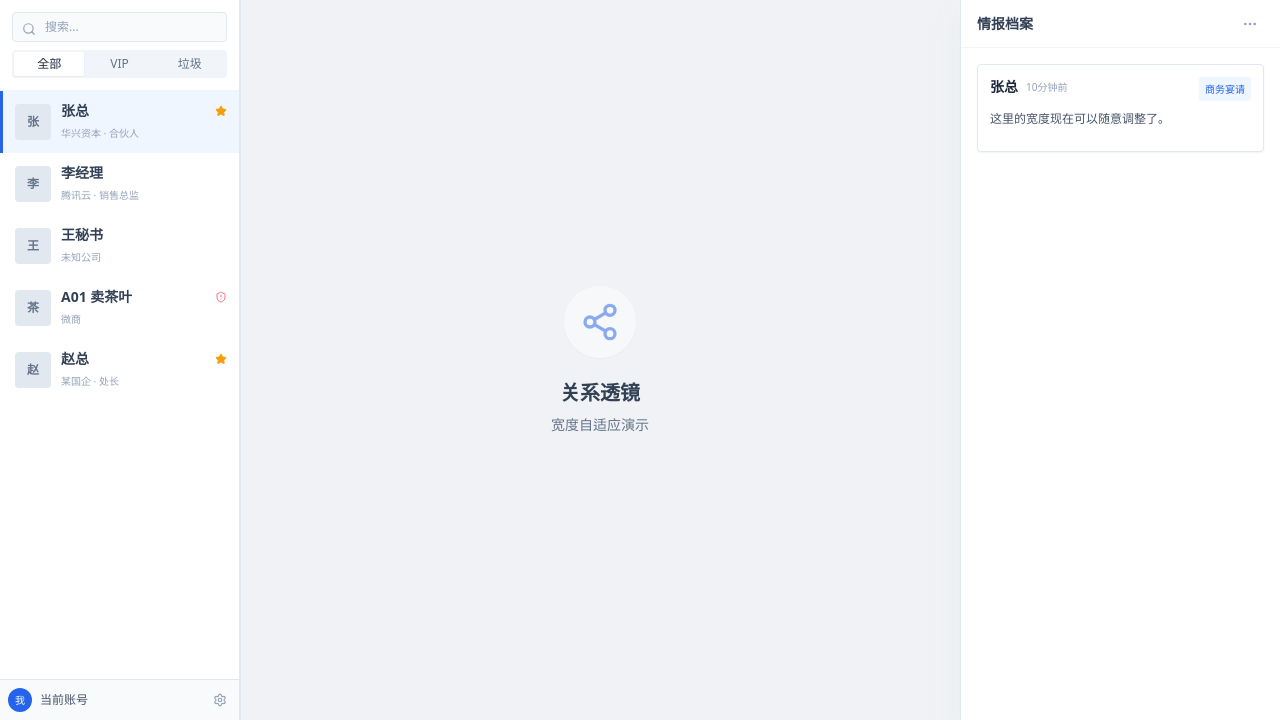
Repository: j76m8bhfny-a11y/wechatGalaxy
Page: / (app in client-radar/)
An editor plug-in stored every save of this project. The page is shown before and after the next save, followed by the edit.
The browser window is 1280 px wide. The pictures show the whole page.
The project was rebuilt for these pictures with package versions that can differ from the ones it lists, and the page was loaded fresh each time. Also part of the build but not shown: client-radar/vite.config.ts.

Above is the page before, as saved 2025-12-18 18:30:58.

### client-radar/src/main.ts
import { createApp } from "vue";
import { createPinia } from "pinia";
import App from "./App.vue";

// 👇 关键：必须引入这个 CSS 文件！
// 如果你的 CSS 文件在 src/assets/main.css，就写 import "./assets/main.css";
import "./style.css";

const app = createApp(App);
app.use(createPinia()); // 👈 挂载
app.mount("#app");

### client-radar/src/App.vue
<script setup lang="ts">
import { ref, onUnmounted } from 'vue';
import Sidebar from "./components/Sidebar.vue";
import { MoreHorizontal, Share2 } from "lucide-vue-next";

// === 1. 状态管理：左右两栏的宽度 ===
const leftWidth = ref(240); // 左侧默认宽度
const rightWidth = ref(320); // 右侧默认宽度

// 定义最小和最大宽度，防止拖崩坏
const MIN_LEFT = 200;
const MAX_LEFT = 400;
const MIN_RIGHT = 280;
const MAX_RIGHT = 500;

// === 2. 核心拖拽逻辑 ===
const isDragging = ref(false); // 是否正在拖拽中（用于控制全局光标）

// 通用的拖拽处理函数
const startResize = (direction: 'left' | 'right', startEvent: MouseEvent) => {
  // 阻止默认文本选中行为
  startEvent.preventDefault();
  isDragging.value = true;

  // 记录初始位置和初始宽度
  const startX = startEvent.clientX;
  const startWidth = direction === 'left' ? leftWidth.value : rightWidth.value;

  // 鼠标移动事件
  const onMouseMove = (moveEvent: MouseEvent) => {
    const deltaX = moveEvent.clientX - startX;

    if (direction === 'left') {
      // 左侧逻辑：往右拖增加宽度
      const newWidth = startWidth + deltaX;
      // 限制范围
      if (newWidth >= MIN_LEFT && newWidth <= MAX_LEFT) {
        leftWidth.value = newWidth;
      }
    } else {
      // 右侧逻辑：往左拖是增加宽度（因为是从右边算的），也就是 deltaX 为负数时宽度增加
      // 实际上右侧栏在 Flex 布局中，改变宽度就是直接改变 width 样式
      // 注意：这里我们是改变 div 的宽度，往左拖动鼠标，clientX 变小，deltaX 为负。
      // 为了让宽度变大，应该是 startWidth - deltaX
      const newWidth = startWidth - deltaX;
      if (newWidth >= MIN_RIGHT && newWidth <= MAX_RIGHT) {
        rightWidth.value = newWidth;
      }
    }
  };

  // 鼠标抬起事件（结束拖拽）
  const onMouseUp = () => {
    isDragging.value = false;
    document.removeEventListener('mousemove', onMouseMove);
    document.removeEventListener('mouseup', onMouseUp);
    // 恢复 body 的光标
    document.body.style.cursor = '';
  };

  // 绑定全局事件（防止鼠标滑太快出界）
  document.addEventListener('mousemove', onMouseMove);
  document.addEventListener('mouseup', onMouseUp);
  // 强制设置全局光标为拖拽样式
  document.body.style.cursor = 'col-resize';
};

</script>

<template>
  <div class="flex h-screen w-screen overflow-hidden bg-[#F3F3F3] text-slate-800 font-sans text-sm">

    <div :style="{ width: leftWidth + 'px' }" class="shrink-0 flex flex-col h-full relative">
      <Sidebar />
    </div>

    <div
      class="w-1 hover:w-1.5 h-full cursor-col-resize z-50 flex justify-center items-center group -ml-0.5 hover:bg-blue-500/10 transition-colors"
      @mousedown="(e) => startResize('left', e)"
    >
      <div class="w-[1px] h-full bg-slate-200 group-hover:bg-blue-400 transition-colors"></div>
    </div>

    <main class="flex-1 flex flex-col relative overflow-hidden bg-[#F0F2F5]">
      <div class="absolute inset-0 flex items-center justify-center select-none">
        <div class="text-center p-8">
          <div class="inline-block p-4 rounded-full bg-white shadow-sm text-blue-600 mb-4 animate-pulse">
            <Share2 class="h-10 w-10" />
          </div>
          <h2 class="text-xl font-bold text-slate-700">关系透镜</h2>
          <p class="text-slate-500 mt-2">宽度自适应演示</p>
        </div>
      </div>
    </main>

    <div
      class="w-1 hover:w-1.5 h-full cursor-col-resize z-50 flex justify-center items-center group -mr-0.5 hover:bg-blue-500/10 transition-colors"
      @mousedown="(e) => startResize('right', e)"
    >
      <div class="w-[1px] h-full bg-slate-200 group-hover:bg-blue-400 transition-colors"></div>
    </div>

    <aside
      :style="{ width: rightWidth + 'px' }"
      class="bg-white border-l border-slate-200 flex flex-col shrink-0 z-10 shadow-xl shadow-slate-200/50"
    >

      <div class="h-12 border-b border-slate-100 flex items-center justify-between px-4 bg-white shrink-0 select-none">
        <span class="font-bold text-slate-700">情报档案</span>
        <button class="p-1.5 hover:bg-slate-50 rounded text-slate-400">
          <MoreHorizontal class="h-4 w-4" />
        </button>
      </div>

      <div class="flex-1 overflow-y-auto p-4 space-y-4 scrollbar-thin">
        <div class="bg-white rounded border border-slate-200 shadow-sm p-3 hover:shadow-md transition-shadow cursor-default group">
          <div class="flex justify-between items-start mb-2">
             <div class="flex items-center space-x-2">
               <span class="font-bold text-slate-800">张总</span>
               <span class="text-[10px] text-slate-400">10分钟前</span>
             </div>
             <span class="bg-blue-50 text-blue-600 px-1.5 py-0.5 rounded-[3px] text-[10px] font-medium">商务宴请</span>
          </div>
          <p class="text-xs text-slate-600 leading-relaxed mb-2.5">
            这里的宽度现在可以随意调整了。
          </p>
        </div>
      </div>
    </aside>

  </div>
</template>

<style>
/* 防止拖拽时选中文字，提升体验 */
body {
  margin: 0;
  font-family: 'Microsoft YaHei UI', 'Segoe UI', system-ui, sans-serif;
  -webkit-font-smoothing: antialiased;
}

.scrollbar-thin::-webkit-scrollbar {
  width: 4px;
}
.scrollbar-thin::-webkit-scrollbar-thumb {
  background-color: #f1f5f9;
  border-radius: 4px;
}
.scrollbar-thin:hover::-webkit-scrollbar-thumb {
  background-color: #cbd5e1;
}
</style>

### client-radar/src/components/Sidebar.vue
<script setup lang="ts">
import { ref, computed } from 'vue';
import { Search, Settings, Star, ShieldAlert } from 'lucide-vue-next';

// 模拟数据：通讯录列表
const contacts = ref([
  { id: '1', name: '张总', title: '华兴资本 · 合伙人', avatar: '张', isVip: true, isSpam: false },
  { id: '2', name: '李经理', title: '腾讯云 · 销售总监', avatar: '李', isVip: false, isSpam: false },
  { id: '3', name: '王秘书', title: '未知公司', avatar: '王', isVip: false, isSpam: false },
  { id: '4', name: 'A01 卖茶叶', title: '微商', avatar: '茶', isVip: false, isSpam: true },
  { id: '5', name: '赵总', title: '某国企 · 处长', avatar: '赵', isVip: true, isSpam: false },
]);

const currentFilter = ref('all');
const selectedId = ref('1');

const filteredContacts = computed(() => {
  if (currentFilter.value === 'vip') return contacts.value.filter(c => c.isVip);
  if (currentFilter.value === 'spam') return contacts.value.filter(c => c.isSpam);
  return contacts.value;
});
</script>

<template>
  <div class="flex flex-col h-full bg-white border-r border-slate-200 w-full select-none text-sm">

    <div class="p-3 border-b border-slate-100 space-y-2">
      <div class="relative">
        <Search class="absolute left-2.5 top-2.5 h-3.5 w-3.5 text-slate-400" />
        <input
          type="text"
          placeholder="搜索..."
          class="w-full pl-8 pr-3 py-1.5 bg-slate-50 border border-slate-200 rounded text-xs focus:outline-none focus:ring-1 focus:ring-blue-500 transition-all placeholder:text-slate-400"
        />
      </div>

      <div class="flex p-0.5 bg-slate-100 rounded">
        <button
          @click="currentFilter = 'all'"
          :class="['flex-1 py-1 text-xs font-medium rounded-sm transition-all', currentFilter === 'all' ? 'bg-white text-slate-800 shadow-sm' : 'text-slate-500 hover:text-slate-700']"
        >
          全部
        </button>
        <button
          @click="currentFilter = 'vip'"
          :class="['flex-1 py-1 text-xs font-medium rounded-sm transition-all', currentFilter === 'vip' ? 'bg-white text-amber-600 shadow-sm' : 'text-slate-500 hover:text-slate-700']"
        >
          VIP
        </button>
        <button
          @click="currentFilter = 'spam'"
          :class="['flex-1 py-1 text-xs font-medium rounded-sm transition-all', currentFilter === 'spam' ? 'bg-white text-slate-800 shadow-sm' : 'text-slate-500 hover:text-slate-700']"
        >
          垃圾
        </button>
      </div>
    </div>

    <div class="flex-1 overflow-y-auto scrollbar-thin">
      <div
        v-for="contact in filteredContacts"
        :key="contact.id"
        @click="selectedId = contact.id"
        :class="['flex items-center px-3 py-2.5 cursor-pointer border-l-[3px] transition-colors',
          selectedId === contact.id ? 'bg-blue-50 border-blue-600' : 'border-transparent hover:bg-slate-50']"
      >
        <div class="h-9 w-9 rounded bg-slate-200 flex items-center justify-center text-slate-500 font-bold text-xs shrink-0">
          {{ contact.avatar }}
        </div>

        <div class="ml-2.5 overflow-hidden flex-1">
          <div class="flex items-center justify-between">
            <span class="text-sm font-bold text-slate-700 truncate">{{ contact.name }}</span>
            <Star v-if="contact.isVip" class="h-3 w-3 text-amber-500 fill-amber-500" />
            <ShieldAlert v-else-if="contact.isSpam" class="h-3 w-3 text-rose-400" />
          </div>
          <div class="text-[10px] text-slate-400 truncate mt-0.5">{{ contact.title }}</div>
        </div>
      </div>
    </div>

    <div class="p-2 border-t border-slate-200 bg-slate-50 flex items-center justify-between">
      <div class="flex items-center space-x-2">
        <div class="h-6 w-6 rounded-full bg-blue-600 flex items-center justify-center text-white text-[10px]">
          我
        </div>
        <div class="text-xs text-slate-600 font-medium">当前账号</div>
      </div>
      <button class="p-1 hover:bg-slate-200 rounded text-slate-400">
        <Settings class="h-3.5 w-3.5" />
      </button>
    </div>
  </div>
</template>

<style scoped>
.scrollbar-thin::-webkit-scrollbar {
  width: 3px;
}
.scrollbar-thin::-webkit-scrollbar-thumb {
  background-color: #cbd5e1;
  border-radius: 4px;
}
</style>

### client-radar/src/stores/moments.ts
import { defineStore } from 'pinia';
import { ref, computed } from 'vue';
// 直接导入 JSON 数据（Vite 会自动解析）
import rawData from '../assets/moments_full.json';

// 定义数据类型接口
export interface Interaction {
  wxid: string;
  time?: string;
  content?: string;
}

export interface Moment {
  id: string;
  author_wxid: string;
  timestamp: number;
  date: string;
  content: {
    text: string;
    media: any[];
  };
  interactions: {
    likes: Interaction[];
    comments: Interaction[];
  };
}

export interface Contact {
  id: string;
  name: string; // 暂时存 wxid，后续做映射
  avatar: string; // 暂时用首字母
  momentCount: number;
  latestDate: string;
}

export const useMomentsStore = defineStore('moments', () => {
  // 1. 原始数据
  const moments = ref<Moment[]>(rawData as Moment[]);

  // 2. 当前选中的联系人 ID
  const selectedWxid = ref<string>('');

  // 3. 【核心算法】从朋友圈列表反推“联系人列表”
  // 因为 JSON 是按朋友圈存的，我们需要聚合出“发过朋友圈的人”
  const contacts = computed(() => {
    const map = new Map<string, Contact>();

    moments.value.forEach(m => {
      const wxid = m.author_wxid;

      if (!map.has(wxid)) {
        map.set(wxid, {
          id: wxid,
          name: wxid, // ⚠️ Phase 1.5 还没做昵称映射，先显示 wxid
          avatar: wxid.substring(0, 1).toUpperCase(),
          momentCount: 0,
          latestDate: m.date
        });
      }

      const contact = map.get(wxid)!;
      contact.momentCount++;
      // 更新最近时间
      if (m.date > contact.latestDate) {
        contact.latestDate = m.date;
      }
    });

    // 转为数组并按“最近更新时间”排序
    return Array.from(map.values()).sort((a, b) =>
      b.latestDate.localeCompare(a.latestDate)
    );
  });

  // 4. 获取当前选中人的朋友圈
  const currentMoments = computed(() => {
    if (!selectedWxid.value) return [];
    return moments.value.filter(m => m.author_wxid === selectedWxid.value);
  });

  return {
    moments,
    contacts,
    selectedWxid,
    currentMoments
  };
});

Loaded but not shown: client-radar/index.html (common file); client-radar/src/style.css (common file); client-radar/tailwind.config.js (common file); client-radar/src/assets/moments_full.json (5227 lines, source omitted)

After the next save:
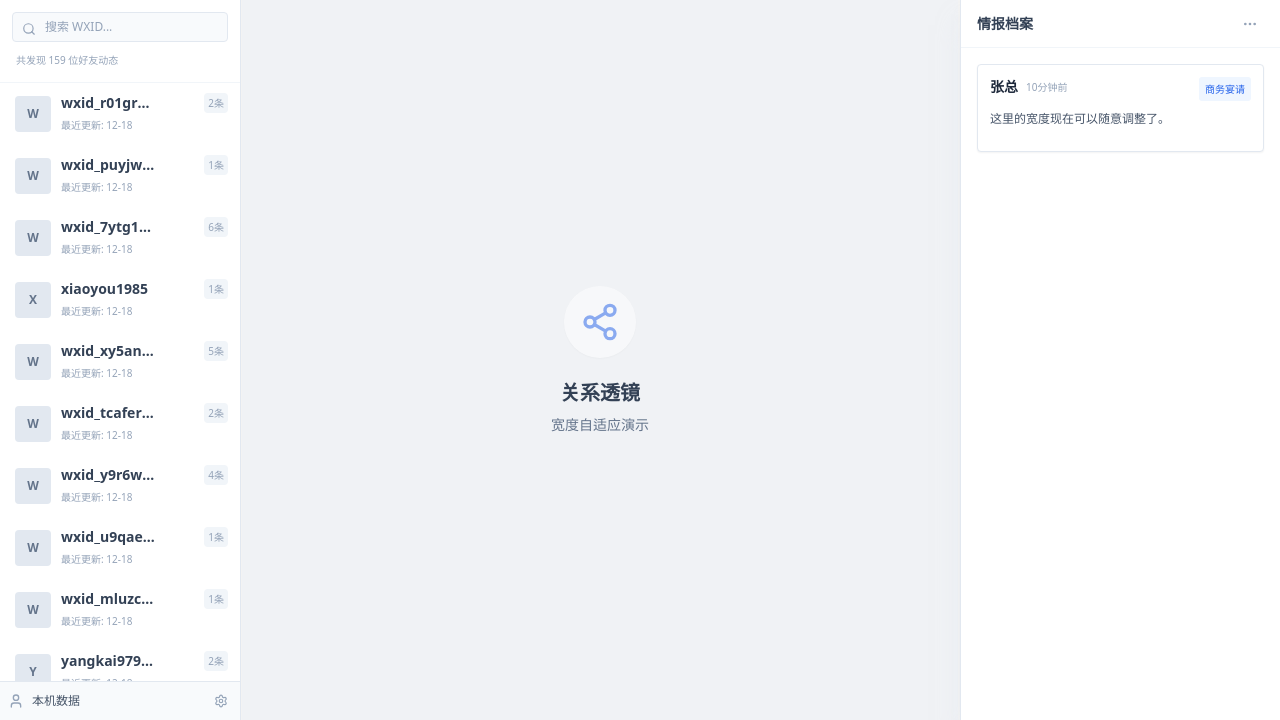
Saved 50 s later.
--- a/client-radar/src/components/Sidebar.vue
+++ b/client-radar/src/components/Sidebar.vue
@@ -1,58 +1,47 @@
 <script setup lang="ts">
 import { ref, computed } from 'vue';
-import { Search, Settings, Star, ShieldAlert } from 'lucide-vue-next';
+import { Search, Settings, User } from 'lucide-vue-next';
+import { useMomentsStore } from '../stores/moments'; // 👈 引入 Store
 
-// 模拟数据：通讯录列表
-const contacts = ref([
-  { id: '1', name: '张总', title: '华兴资本 · 合伙人', avatar: '张', isVip: true, isSpam: false },
-  { id: '2', name: '李经理', title: '腾讯云 · 销售总监', avatar: '李', isVip: false, isSpam: false },
-  { id: '3', name: '王秘书', title: '未知公司', avatar: '王', isVip: false, isSpam: false },
-  { id: '4', name: 'A01 卖茶叶', title: '微商', avatar: '茶', isVip: false, isSpam: true },
-  { id: '5', name: '赵总', title: '某国企 · 处长', avatar: '赵', isVip: true, isSpam: false },
-]);
+// 1. 启用 Store
+const store = useMomentsStore();
 
-const currentFilter = ref('all');
-const selectedId = ref('1');
+// 2. 搜索逻辑
+const searchText = ref('');
 
+// 3. 过滤联系人 (支持搜 wxid)
 const filteredContacts = computed(() => {
-  if (currentFilter.value === 'vip') return contacts.value.filter(c => c.isVip);
-  if (currentFilter.value === 'spam') return contacts.value.filter(c => c.isSpam);
-  return contacts.value;
+  let list = store.contacts;
+
+  if (searchText.value) {
+    const key = searchText.value.toLowerCase();
+    list = list.filter(c => c.name.toLowerCase().includes(key));
+  }
+
+  return list;
 });
+
+// 处理点击
+const selectContact = (id: string) => {
+  store.selectedWxid = id;
+};
 </script>
 
 <template>
-  <div class="flex flex-col h-full bg-white border-r border-slate-200 w-full select-none text-sm">
+  <div class="flex flex-col h-full w-full select-none text-sm bg-white">
 
     <div class="p-3 border-b border-slate-100 space-y-2">
       <div class="relative">
         <Search class="absolute left-2.5 top-2.5 h-3.5 w-3.5 text-slate-400" />
         <input
+          v-model="searchText"
           type="text"
-          placeholder="搜索..."
+          placeholder="搜索 WXID..."
           class="w-full pl-8 pr-3 py-1.5 bg-slate-50 border border-slate-200 rounded text-xs focus:outline-none focus:ring-1 focus:ring-blue-500 transition-all placeholder:text-slate-400"
         />
       </div>
-
-      <div class="flex p-0.5 bg-slate-100 rounded">
-        <button
-          @click="currentFilter = 'all'"
-          :class="['flex-1 py-1 text-xs font-medium rounded-sm transition-all', currentFilter === 'all' ? 'bg-white text-slate-800 shadow-sm' : 'text-slate-500 hover:text-slate-700']"
-        >
-          全部
-        </button>
-        <button
-          @click="currentFilter = 'vip'"
-          :class="['flex-1 py-1 text-xs font-medium rounded-sm transition-all', currentFilter === 'vip' ? 'bg-white text-amber-600 shadow-sm' : 'text-slate-500 hover:text-slate-700']"
-        >
-          VIP
-        </button>
-        <button
-          @click="currentFilter = 'spam'"
-          :class="['flex-1 py-1 text-xs font-medium rounded-sm transition-all', currentFilter === 'spam' ? 'bg-white text-slate-800 shadow-sm' : 'text-slate-500 hover:text-slate-700']"
-        >
-          垃圾
-        </button>
+      <div class="text-[10px] text-slate-400 px-1">
+        共发现 {{ store.contacts.length }} 位好友动态
       </div>
     </div>
 
@@ -60,31 +49,34 @@ const filteredContacts = computed(() => {
       <div
         v-for="contact in filteredContacts"
         :key="contact.id"
-        @click="selectedId = contact.id"
+        @click="selectContact(contact.id)"
         :class="['flex items-center px-3 py-2.5 cursor-pointer border-l-[3px] transition-colors',
-          selectedId === contact.id ? 'bg-blue-50 border-blue-600' : 'border-transparent hover:bg-slate-50']"
+          store.selectedWxid === contact.id ? 'bg-blue-50 border-blue-600' : 'border-transparent hover:bg-slate-50']"
       >
-        <div class="h-9 w-9 rounded bg-slate-200 flex items-center justify-center text-slate-500 font-bold text-xs shrink-0">
-          {{ contact.avatar }}
+        <div class="h-9 w-9 rounded bg-slate-200 flex items-center justify-center text-slate-500 font-bold text-xs shrink-0 overflow-hidden">
+           {{ contact.avatar }}
         </div>
 
         <div class="ml-2.5 overflow-hidden flex-1">
           <div class="flex items-center justify-between">
-            <span class="text-sm font-bold text-slate-700 truncate">{{ contact.name }}</span>
-            <Star v-if="contact.isVip" class="h-3 w-3 text-amber-500 fill-amber-500" />
-            <ShieldAlert v-else-if="contact.isSpam" class="h-3 w-3 text-rose-400" />
+            <span class="text-sm font-bold text-slate-700 truncate w-24" :title="contact.name">
+              {{ contact.name }}
+            </span>
+            <span class="text-[10px] text-slate-400 bg-slate-100 px-1 rounded">
+              {{ contact.momentCount }}条
+            </span>
           </div>
-          <div class="text-[10px] text-slate-400 truncate mt-0.5">{{ contact.title }}</div>
+          <div class="text-[10px] text-slate-400 truncate mt-0.5">
+            最近更新: {{ contact.latestDate.substring(5, 10) }}
+          </div>
         </div>
       </div>
     </div>
 
     <div class="p-2 border-t border-slate-200 bg-slate-50 flex items-center justify-between">
       <div class="flex items-center space-x-2">
-        <div class="h-6 w-6 rounded-full bg-blue-600 flex items-center justify-center text-white text-[10px]">
-          我
-        </div>
-        <div class="text-xs text-slate-600 font-medium">当前账号</div>
+        <User class="h-4 w-4 text-slate-400"/>
+        <div class="text-xs text-slate-600 font-medium">本机数据</div>
       </div>
       <button class="p-1 hover:bg-slate-200 rounded text-slate-400">
         <Settings class="h-3.5 w-3.5" />
